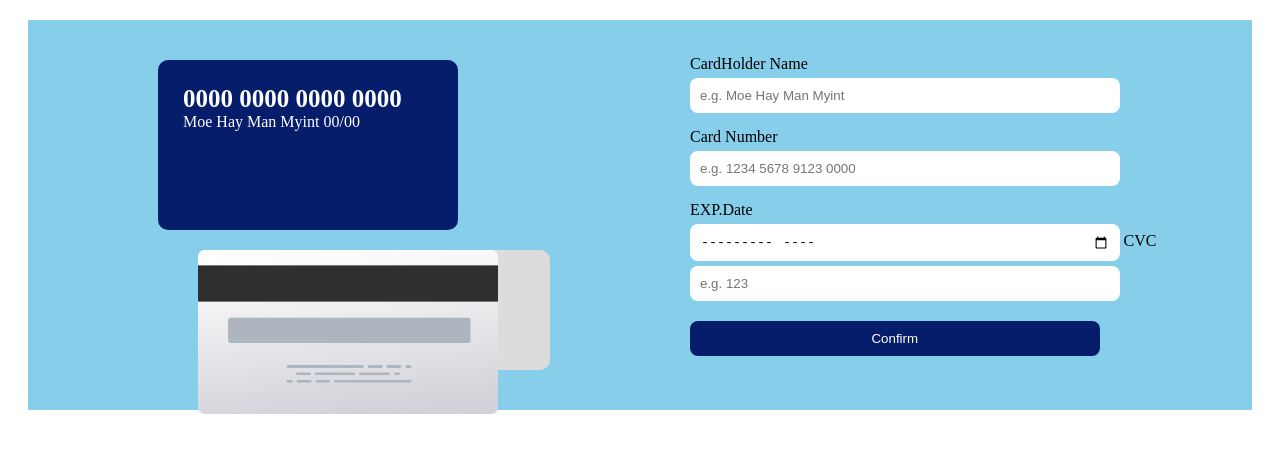
Repository: moehaymanmyint/Interactive-Card-Details-Form
Page: index.html
The author's editor kept a copy of each file at every save. The page is drawn from the files as they stood at one save, then again after the next save.
The browser window is 1280 px wide. The pictures show the whole page.

Above is the page before, as saved 2024-10-16 21:41:28.

After the next save:
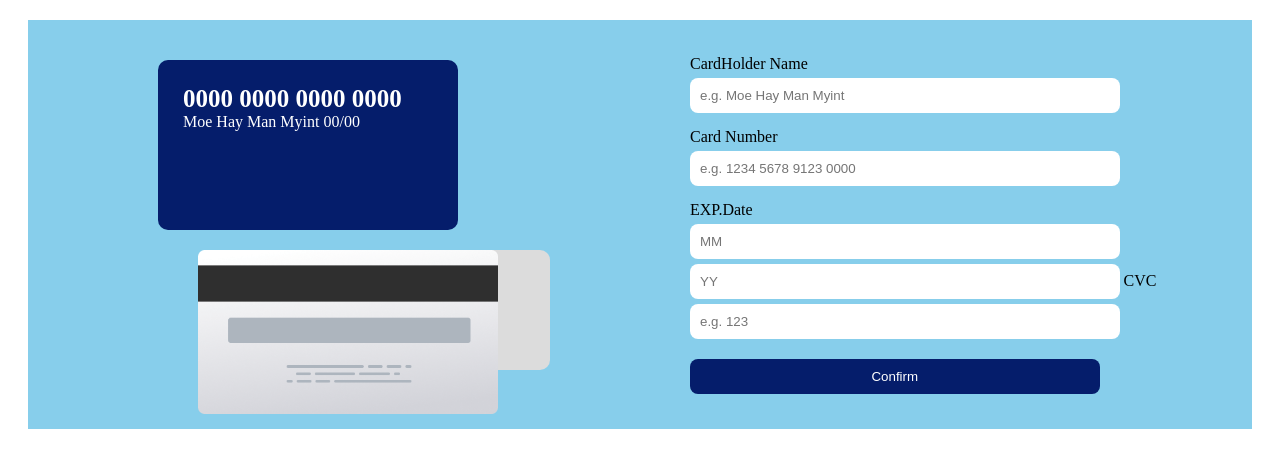
Saved 2 min 18 s later.
--- a/index.html
+++ b/index.html
@@ -33,7 +33,8 @@
             </div>
             <div class="card-info">
                 <label for="">EXP.Date</label><br>
-                <input type="month" name="" id="">
+                <input type="text" name="" id="" placeholder="MM">
+                <input type="text" name="" id="" placeholder="YY">
                 <label for="">CVC</label>
                 <input type="number" name="" id="" placeholder="e.g. 123">
             </div>
